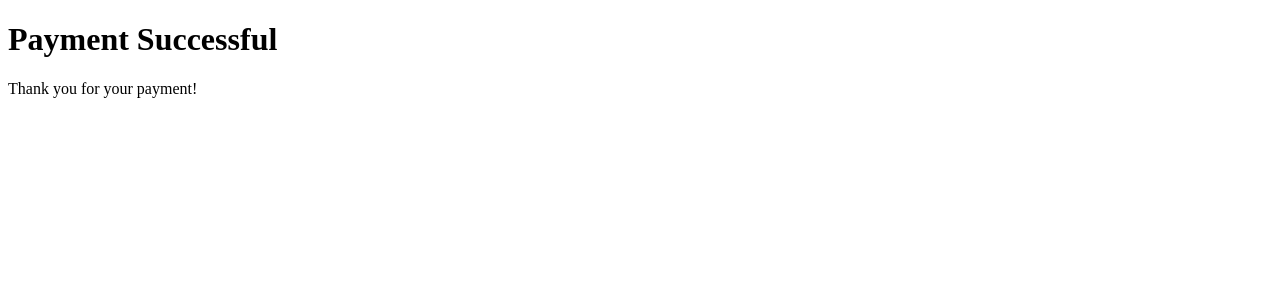
Repository: kshirsagar-omkar/Modules
Page: http://localhost/razorpay-demo/failure.jsp
The author's editor kept a copy of each file at every save. The page is drawn from the files as they stood at one save, then again after the next save.
The browser window is 1280 px wide. The pictures show the whole page.
The page is served by Tomcat 10.

Above is the page before, as saved 2025-08-06 19:38:00.
Console error: SyntaxError: Unexpected identifier 'rderId'

After the next save:
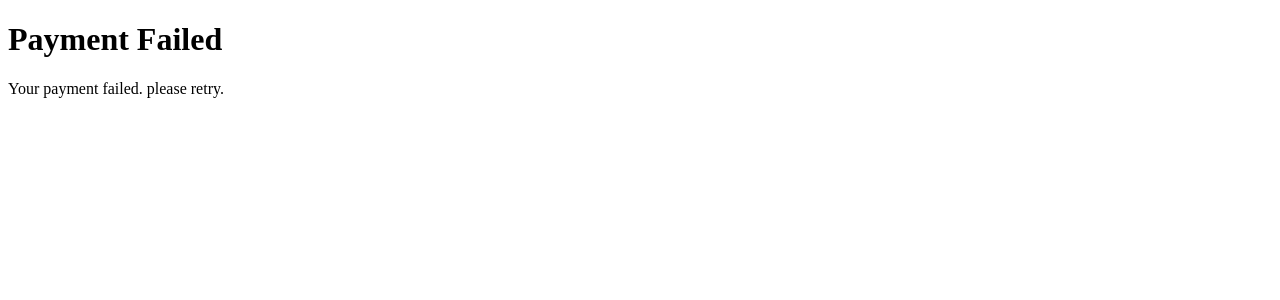
The error is gone.
Saved 43 s later.
--- a/razorpay-demo/src/main/webapp/failure.jsp
+++ b/razorpay-demo/src/main/webapp/failure.jsp
@@ -8,26 +8,8 @@
 </head>
 <body>
 
-	<h1>Payment Successful</h1>
-	<p>Thank you for your payment!</p>
-	<p id="orderId"></p>
-
-	<script>
-
-	const urlParams = new URLSearchParams(window.location.search);
-	const orderId = urlParams.get('orderId');
-
-	// Display the order ID on the page
-	if(o
-		rderId) {
-			document.getElementById('orderId').textContext = "Order ID: "
-					+ orderId;
-		} else {
-			document.getElementById('orderId').textContext = "No Order ID found.";
-		}
-	</script>
-
-
+	<h1>Payment Failed</h1>
+	<p>Your payment failed. please retry.</p>
 
 </body>
 </html>
